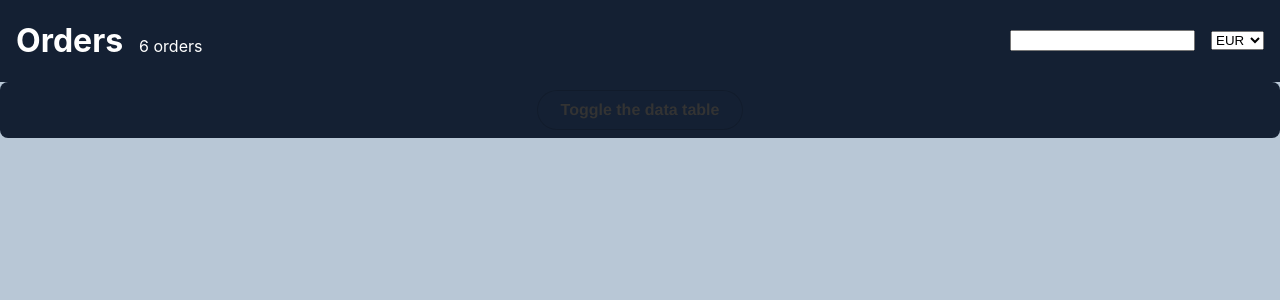
Repository: PreetiToppo/Assignment_Question_1
Page: /
An editor plug-in stored every save of this project. The page is shown before and after the next save, followed by the edit.
The browser window is 1280 px wide. The pictures show the whole page.
The project was rebuilt for these pictures with package versions that can differ from the ones it lists, and the page was loaded fresh each time. Also part of the build but not shown: src/component/list/ListRow.module.css, src/component/list/ListRow.jsx, src/component/list/ListRowCell.module.css, src/component/list/ListRowCell.jsx, src/component/list/ListHeader.jsx, src/component/list/ListHeaderCell.module.css, src/component/list/ListHeaderCell.jsx, src/component/list/List.module.css and 3 more.

Above is the page before, as saved 2023-08-06 13:27:21.

### src/pages/Dashboard.jsx
import { useState } from "react";

// Data
import mockData from "../assets/data.json";
import timestamps from "../assets/timeStamps.json";

// Components
import Dropdown from "../component/dropdown/Dropdown";
import HeaderTitle from "../component/header-title/HeaderTitle";
import Search from "../component/search/Search";
import List from "../component/list/List";
import StoryBookButton from "../stories/Button";

// Styles
import styles from "./Dashboard.module.css";
import Card from "../component/card/Card";

const Dashboard = () => {
  const [currency, setCurrency] = useState("EUR");
  const [searchText, setSearchText] = useState("");
  const [selectedOrder, setSelectedOrder] = useState(null);
  const [selectedOrderDetails, setSelectedOrderDetails] = useState({});
  const [selectedOrderTimeStamps, setSelectedOrderTimeStamps] = useState({});
  const [showPage, setShowPage] = useState(false);

  const mergedData = mockData.results.map((order, index) => {
    const timestampsData = timestamps.results[index]?.timestamps;
    if (timestampsData) {
      return { ...order, timestamps: timestampsData };
    }
    return order;
  });

  const handleClick = (order) => {
    setSelectedOrder(order);
    setSelectedOrderDetails({
      buySellIndicator: order.executionDetails.buySellIndicator,
      orderStatus: order.executionDetails.orderStatus,
      orderType: order.executionDetails.orderType,
    });

    setSelectedOrderTimeStamps({
      orderReceived: order.timestamps.orderReceived,
      orderStatusUpdated: order.timestamps.orderStatusUpdated,
      orderSubmitted: order.timestamps.orderSubmitted,
    });
  };

  const messageComponent = () => {
    setShowPage(!showPage);
  };

  return (
    <div>
      <div className={styles.header}>
        <HeaderTitle
          primaryTitle="Orders"
          secondaryTitle={`${mockData.results.length}
          orders`}
        />
        <div className={styles.actionBox}>
          <Search
            value={searchText}
            onChange={(e) => setSearchText(e.target.value)}
          />
          <Dropdown
            options={[
              "GBP",
              "USD",
              "JPY",
              "EUR",
              "AUD",
              "BGN",
              "BRL",
              "CAD",
              "CHF",
              "CNY",
              "DKK",
              "HKD",
              "HRK",
              "HUF",
              "IDR",
              "ILS",
              "KRW",
              "MXN",
              "MYR",
              "NOL",
              "NZD",
              "PHP",
              "PLN",
              "RON",
              "SEK",
              "SGD",
              "THB",
              "TRY",
              "ZAR",
            ]}
            onChange={(e) => setCurrency(e.target.value)}
            selectedItem={currency}
          />
        </div>
      </div>
      {showPage && (
        <div className={styles.content}>
          <div className={styles.section}>
            {selectedOrder && (
              <>
                <Card
                  cardData={selectedOrderDetails}
                  title="Selected Order Details"
                />
                <Card
                  cardData={selectedOrderTimeStamps}
                  title="Selected Order Timestamps"
                />
              </>
            )}
          </div>
          <List
            rows={mergedData}
            currency={currency}
            search={searchText}
            onItemClick={handleClick}
          />
        </div>
      )}
      <div className={styles.toggleButton}>
        <StoryBookButton
          primary={false}
          size="large"
          label="Toggle the data table"
          onClick={messageComponent}
        />
      </div>
    </div>
  );
};

export default Dashboard;

### src/assets/data.json
{
  "header": {
    "returnedHits": 6,
    "totalHits": 151839,
    "skippedHits": 0,
    "previousSearchBefore": null,
    "nextSearchAfter": "WzE2Njc1NzU1NjAwMDBd",
    "offset": null
  },
  "results": [
    {
      "&hash": "f29403974dbdc9ce054b879d572610359a9f3d2d2531df63df8233a2ea879c78",
      "&id": "SE|20221104|179|9:1:NEWO",
      "&key": "Order:SE|20221104|179|9:1:NEWO:1667901986951",
      "&model": "Order",
      "executionDetails": {
        "buySellIndicator": "BUYI",
        "orderStatus": "NEWO",
        "orderType": "Market"
      },
      "statsDetails": {
        "avgVsArrivalPrice": 0.0,
        "avgArrivalPrice": 0.0,
        "avgVsMktPrice": 0.0,
        "avgMktPrice": 0.0,
        "avgVsBidAskSpread": 0.0,
        "avgBidAskSpread": 0.0,
        "avgVsClosePrice": 0.0,
        "avgClosePrice": 0.0,
        "avgVsInternalTwap": 0.0,
        "avgInternalTwap": 0.0,
        "avgVsInternalVwap": 0.0,
        "avgInternalVwap": 0.0,
        "avgVsMidPrice": 0.0,
        "avgMidPrice": 0.0,
        "avgVsMovingVwap": 0.0,
        "avgMovingVwap": 0.0,
        "avgVsTouchPrice": 0.0,
        "avgTouchPrice": 0.0,
        "avgVsOpenPrice": 0.0,
        "avgOpenPrice": 0.0,
        "avgVsVwap": 0.0,
        "avgVwap": 0.0,
        "avgPrice": 91.369091993762,
        "tradedQuantity": 195875.0,
        "amends": 0,
        "fills": 1,
        "lifeCycle": 1,
        "lastFillTime": 1667575741000
      },
      "bestExecutionData": {
        "orderVolume": {
          "AUD": 27757268.61955961,
          "BGN": 35456642.91433263,
          "BRL": 90068357.36117567,
          "CAD": 24203990.159998715,
          "CHF": 17880604.819718923,
          "CNY": 128523532.2000561,
          "CZK": 442745747.64998025,
          "DKK": 134913994.73574597,
          "EUR": 18128971.732453536,
          "GBP": 15858861.892115705,
          "HKD": 140486840.6463022,
          "HRK": 136607240.69555715,
          "HUF": 7272437010.473736,
          "IDR": 280850585574.541,
          "ILS": 63569239.379848324,
          "INR": 1468809289.7633855,
          "JPY": 2632145405.834929,
          "KRW": 25338863790.45031,
          "MXN": 349183937.43596077,
          "MYR": 84974116.30435622,
          "NOK": 184949956.71731773,
          "NZD": 30400472.698151335,
          "PHP": 1045534057.7540603,
          "PLN": 84888910.13721369,
          "RON": 88637981.49148509,
          "SEK": 196768233.3897042,
          "SGD": 25182954.633551206,
          "THB": 669067830.7579302,
          "TRY": 333292080.815292,
          "USD": 17896920.89427813,
          "ZAR": 322664877.5857278
        }
      },
      "transactionDetails": {
        "buySellIndicator": "BUYI",
        "priceCurrency": "USD",
        "priceNotation": "MONE",
        "quantityCurrency": "USD",
        "quantityNotation": "UNIT",
        "tradingCapacity": "AOTC",
        "ultimateVenue": "XNGS",
        "venue": "XNGS"
      }
    },
    {
      "&hash": "f29403974dbdc9ce054b879d572610359a9f3d2d2531df63df8233a2ea879c78",
      "&id": "SE|20221104|180|9:1:NEWO",
      "&key": "Order:SE|20221104|180|9:1:NEWO:1667901986951",
      "&model": "Order",
      "executionDetails": {
        "buySellIndicator": "BUYI",
        "orderStatus": "NEWO",
        "orderType": "Market"
      },
      "statsDetails": {
        "avgVsArrivalPrice": 0.0,
        "avgArrivalPrice": 0.0,
        "avgVsMktPrice": 0.0,
        "avgMktPrice": 0.0,
        "avgVsBidAskSpread": 0.0,
        "avgBidAskSpread": 0.0,
        "avgVsClosePrice": 0.0,
        "avgClosePrice": 0.0,
        "avgVsInternalTwap": 0.0,
        "avgInternalTwap": 0.0,
        "avgVsInternalVwap": 0.0,
        "avgInternalVwap": 0.0,
        "avgVsMidPrice": 0.0,
        "avgMidPrice": 0.0,
        "avgVsMovingVwap": 0.0,
        "avgMovingVwap": 0.0,
        "avgVsTouchPrice": 0.0,
        "avgTouchPrice": 0.0,
        "avgVsOpenPrice": 0.0,
        "avgOpenPrice": 0.0,
        "avgVsVwap": 0.0,
        "avgVwap": 0.0,
        "avgPrice": 91.369091993762,
        "tradedQuantity": 195875.0,
        "amends": 0,
        "fills": 1,
        "lifeCycle": 1,
        "lastFillTime": 1667575741000
      },
      "bestExecutionData": {
        "orderVolume": {
          "AUD": 27757268.61955961,
          "BGN": 35456642.91433263,
          "BRL": 90068357.36117567,
          "CAD": 24203990.159998715,
          "CHF": 17880604.819718923,
          "CNY": 128523532.2000561,
          "CZK": 442745747.64998025,
          "DKK": 134913994.73574597,
          "EUR": 18128971.732453536,
          "GBP": 15858861.892115705,
          "HKD": 140486840.6463022,
          "HRK": 136607240.69555715,
          "HUF": 7272437010.473736,
          "IDR": 280850585574.541,
          "ILS": 63569239.379848324,
          "INR": 1468809289.7633855,
          "JPY": 2632145405.834929,
          "KRW": 25338863790.45031,
          "MXN": 349183937.43596077,
          "MYR": 84974116.30435622,
          "NOK": 184949956.71731773,
          "NZD": 30400472.698151335,
          "PHP": 1045534057.7540603,
          "PLN": 84888910.13721369,
          "RON": 88637981.49148509,
          "SEK": 196768233.3897042,
          "SGD": 25182954.633551206,
          "THB": 669067830.7579302,
          "TRY": 333292080.815292,
          "USD": 17896920.89427813,
          "ZAR": 322664877.5857278
        }
      },
      "transactionDetails": {
        "buySellIndicator": "BUYI",
        "priceCurrency": "USD",
        "priceNotation": "MONE",
        "quantityCurrency": "USD",
        "quantityNotation": "UNIT",
        "tradingCapacity": "AOTC",
        "ultimateVenue": "XNGS",
        "venue": "XNGS"
      }
    },
    {
      "&hash": "f29403974dbdc9ce054b879d572610359a9f3d2d2531df63df8233a2ea879c78",
      "&id": "SE|20221104|181|9:1:NEWO",
      "&key": "Order:SE|20221104|181|9:1:NEWO:1667901986951",
      "&model": "Order",
      "executionDetails": {
        "buySellIndicator": "BUYI",
        "orderStatus": "NEWO",
        "orderType": "Market"
      },
      "statsDetails": {
        "avgVsArrivalPrice": 0.0,
        "avgArrivalPrice": 0.0,
        "avgVsMktPrice": 0.0,
        "avgMktPrice": 0.0,
        "avgVsBidAskSpread": 0.0,
        "avgBidAskSpread": 0.0,
        "avgVsClosePrice": 0.0,
        "avgClosePrice": 0.0,
        "avgVsInternalTwap": 0.0,
        "avgInternalTwap": 0.0,
        "avgVsInternalVwap": 0.0,
        "avgInternalVwap": 0.0,
        "avgVsMidPrice": 0.0,
        "avgMidPrice": 0.0,
        "avgVsMovingVwap": 0.0,
        "avgMovingVwap": 0.0,
        "avgVsTouchPrice": 0.0,
        "avgTouchPrice": 0.0,
        "avgVsOpenPrice": 0.0,
        "avgOpenPrice": 0.0,
        "avgVsVwap": 0.0,
        "avgVwap": 0.0,
        "avgPrice": 91.369091993762,
        "tradedQuantity": 195875.0,
        "amends": 0,
        "fills": 1,
        "lifeCycle": 1,
        "lastFillTime": 1667575741000
      },
      "bestExecutionData": {
        "orderVolume": {
          "AUD": 27757268.61955961,
          "BGN": 35456642.91433263,
          "BRL": 90068357.36117567,
          "CAD": 24203990.159998715,
          "CHF": 17880604.819718923,
          "CNY": 128523532.2000561,
          "CZK": 442745747.64998025,
          "DKK": 134913994.73574597,
          "EUR": 18128971.732453536,
          "GBP": 15858861.892115705,
          "HKD": 140486840.6463022,
          "HRK": 136607240.69555715,
          "HUF": 7272437010.473736,
          "IDR": 280850585574.541,
          "ILS": 63569239.379848324,
          "INR": 1468809289.7633855,
          "JPY": 2632145405.834929,
          "KRW": 25338863790.45031,
          "MXN": 349183937.43596077,
          "MYR": 84974116.30435622,
          "NOK": 184949956.71731773,
          "NZD": 30400472.698151335,
          "PHP": 1045534057.7540603,
          "PLN": 84888910.13721369,
          "RON": 88637981.49148509,
          "SEK": 196768233.3897042,
          "SGD": 25182954.633551206,
          "THB": 669067830.7579302,
          "TRY": 333292080.815292,
          "USD": 17896920.89427813,
          "ZAR": 322664877.5857278
        }
      },
      "transactionDetails": {
        "buySellIndicator": "BUYI",
        "priceCurrency": "USD",
        "priceNotation": "MONE",
        "quantityCurrency": "USD",
        "quantityNotation": "UNIT",
        "tradingCapacity": "AOTC",
        "ultimateVenue": "XNGS",
        "venue": "XNGS"
      }
    },
    {
      "&hash": "f29403974dbdc9ce054b879d572610359a9f3d2d2531df63df8233a2ea879c78",
      "&id": "SE|20221104|182|9:1:NEWO",
      "&key": "Order:SE|20221104|182|9:1:NEWO:1667901986951",
      "&model": "Order",
      "executionDetails": {
        "buySellIndicator": "BUYI",
        "orderStatus": "NEWO",
        "orderType": "Market"
      },
      "statsDetails": {
        "avgVsArrivalPrice": 0.0,
        "avgArrivalPrice": 0.0,
        "avgVsMktPrice": 0.0,
        "avgMktPrice": 0.0,
        "avgVsBidAskSpread": 0.0,
        "avgBidAskSpread": 0.0,
        "avgVsClosePrice": 0.0,
        "avgClosePrice": 0.0,
        "avgVsInternalTwap": 0.0,
        "avgInternalTwap": 0.0,
        "avgVsInternalVwap": 0.0,
        "avgInternalVwap": 0.0,
        "avgVsMidPrice": 0.0,
        "avgMidPrice": 0.0,
        "avgVsMovingVwap": 0.0,
        "avgMovingVwap": 0.0,
        "avgVsTouchPrice": 0.0,
        "avgTouchPrice": 0.0,
        "avgVsOpenPrice": 0.0,
        "avgOpenPrice": 0.0,
        "avgVsVwap": 0.0,
        "avgVwap": 0.0,
        "avgPrice": 91.369091993762,
        "tradedQuantity": 195875.0,
        "amends": 0,
        "fills": 1,
        "lifeCycle": 1,
        "lastFillTime": 1667575741000
      },
      "bestExecutionData": {
        "orderVolume": {
          "AUD": 27757268.61955961,
          "BGN": 35456642.91433263,
          "BRL": 90068357.36117567,
          "CAD": 24203990.159998715,
          "CHF": 17880604.819718923,
          "CNY": 128523532.2000561,
          "CZK": 442745747.64998025,
          "DKK": 134913994.73574597,
          "EUR": 18128971.732453536,
          "GBP": 15858861.892115705,
          "HKD": 140486840.6463022,
          "HRK": 136607240.69555715,
          "HUF": 7272437010.473736,
          "IDR": 280850585574.541,
          "ILS": 63569239.379848324,
          "INR": 1468809289.7633855,
          "JPY": 2632145405.834929,
          "KRW": 25338863790.45031,
          "MXN": 349183937.43596077,
          "MYR": 84974116.30435622,
          "NOK": 184949956.71731773,
          "NZD": 30400472.698151335,
          "PHP": 1045534057.7540603,
          "PLN": 84888910.13721369,
          "RON": 88637981.49148509,
          "SEK": 196768233.3897042,
          "SGD": 25182954.633551206,
          "THB": 669067830.7579302,
          "TRY": 333292080.815292,
          "USD": 17896920.89427813,
          "ZAR": 322664877.5857278
        }
      },
      "transactionDetails": {
        "buySellIndicator": "BUYI",
        "priceCurrency": "USD",
        "priceNotation": "MONE",
        "quantityCurrency": "USD",
        "quantityNotation": "UNIT",
        "tradingCapacity": "AOTC",
        "ultimateVenue": "XNGS",
        "venue": "XNGS"
      }
    },
    {
      "&hash": "f29403974dbdc9ce054b879d572610359a9f3d2d2531df63df8233a2ea879c78",
      "&id": "SE|20221104|183|9:1:NEWO",
      "&key": "Order:SE|20221104|183|9:1:NEWO:1667901986951",
      "&model": "Order",
      "executionDetails": {
        "buySellIndicator": "BUYI",
        "orderStatus": "NEWO",
        "orderType": "Market"
      },
      "statsDetails": {
        "avgVsArrivalPrice": 0.0,
        "avgArrivalPrice": 0.0,
        "avgVsMktPrice": 0.0,
        "avgMktPrice": 0.0,
        "avgVsBidAskSpread": 0.0,
        "avgBidAskSpread": 0.0,
        "avgVsClosePrice": 0.0,
        "avgClosePrice": 0.0,
        "avgVsInternalTwap": 0.0,
        "avgInternalTwap": 0.0,
        "avgVsInternalVwap": 0.0,
        "avgInternalVwap": 0.0,
        "avgVsMidPrice": 0.0,
        "avgMidPrice": 0.0,
        "avgVsMovingVwap": 0.0,
        "avgMovingVwap": 0.0,
        "avgVsTouchPrice": 0.0,
        "avgTouchPrice": 0.0,
        "avgVsOpenPrice": 0.0,
        "avgOpenPrice": 0.0,
        "avgVsVwap": 0.0,
        "avgVwap": 0.0,
        "avgPrice": 91.369091993762,
        "tradedQuantity": 195875.0,
        "amends": 0,
        "fills": 1,
        "lifeCycle": 1,
        "lastFillTime": 1667575741000
      },
      "bestExecutionData": {
        "orderVolume": {
          "AUD": 27757268.61955961,
          "BGN": 35456642.91433263,
          "BRL": 90068357.36117567,
          "CAD": 24203990.159998715,
          "CHF": 17880604.819718923,
          "CNY": 128523532.2000561,
          "CZK": 442745747.64998025,
          "DKK": 134913994.73574597,
          "EUR": 18128971.732453536,
          "GBP": 15858861.892115705,
          "HKD": 140486840.6463022,
          "HRK": 136607240.69555715,
          "HUF": 7272437010.473736,
          "IDR": 280850585574.541,
          "ILS": 63569239.379848324,
          "INR": 1468809289.7633855,
          "JPY": 2632145405.834929,
          "KRW": 25338863790.45031,
          "MXN": 349183937.43596077,
          "MYR": 84974116.30435622,
          "NOK": 184949956.71731773,
          "NZD": 30400472.698151335,
          "PHP": 1045534057.7540603,
          "PLN": 84888910.13721369,
          "RON": 88637981.49148509,
          "SEK": 196768233.3897042,
          "SGD": 25182954.633551206,
          "THB": 669067830.7579302,
          "TRY": 333292080.815292,
          "USD": 17896920.89427813,
          "ZAR": 322664877.5857278
        }
      },
      "transactionDetails": {
        "buySellIndicator": "BUYI",
        "priceCurrency": "USD",
        "priceNotation": "MONE",
        "quantityCurrency": "USD",
        "quantityNotation": "UNIT",
        "tradingCapacity": "AOTC",
        "ultimateVenue": "XNGS",
        "venue": "XNGS"
      }
    },
    {
      "&hash": "f29403974dbdc9ce054b879d572610359a9f3d2d2531df63df8233a2ea879c78",
      "&id": "SE|202211454|184|9:1:NEWO",
      "&key": "Order:SE|20221104|184|9:1:NEWO:1667901986951",
      "&model": "Order",
      "executionDetails": {
        "buySellIndicator": "SELL",
        "orderStatus": "NEWO",
        "orderType": "Market"
      },
      "statsDetails": {
        "avgVsArrivalPrice": 0.0,
        "avgArrivalPrice": 0.0,
        "avgVsMktPrice": 0.0,
        "avgMktPrice": 0.0,
        "avgVsBidAskSpread": 0.0,
        "avgBidAskSpread": 0.0,
        "avgVsClosePrice": 0.0,
        "avgClosePrice": 0.0,
        "avgVsInternalTwap": 0.0,
        "avgInternalTwap": 0.0,
        "avgVsInternalVwap": 0.0,
        "avgInternalVwap": 0.0,
        "avgVsMidPrice": 0.0,
        "avgMidPrice": 0.0,
        "avgVsMovingVwap": 0.0,
        "avgMovingVwap": 0.0,
        "avgVsTouchPrice": 0.0,
        "avgTouchPrice": 0.0,
        "avgVsOpenPrice": 0.0,
        "avgOpenPrice": 0.0,
        "avgVsVwap": 0.0,
        "avgVwap": 0.0,
        "avgPrice": 91.369091993762,
        "tradedQuantity": 195875.0,
        "amends": 0,
        "fills": 1,
        "lifeCycle": 1,
        "lastFillTime": 1667575741000
      },
      "bestExecutionData": {
        "orderVolume": {
          "AUD": 27757268.61955961,
          "BGN": 35456642.91433263,
          "BRL": 90068357.36117567,
          "CAD": 24203990.159998715,
          "CHF": 17880604.819718923,
          "CNY": 128523532.2000561,
          "CZK": 442745747.64998025,
          "DKK": 134913994.73574597,
          "EUR": 18128971.732453536,
          "GBP": 15858861.892115705,
          "HKD": 140486840.6463022,
          "HRK": 136607240.69555715,
          "HUF": 7272437010.473736,
          "IDR": 280850585574.541,
          "ILS": 63569239.379848324,
          "INR": 1468809289.7633855,
          "JPY": 2632145405.834929,
          "KRW": 25338863790.45031,
          "MXN": 349183937.43596077,
          "MYR": 84974116.30435622,
          "NOK": 184949956.71731773,
          "NZD": 30400472.698151335,
          "PHP": 1045534057.7540603,
          "PLN": 84888910.13721369,
          "RON": 88637981.49148509,
          "SEK": 196768233.3897042,
          "SGD": 25182954.633551206,
          "THB": 669067830.7579302,
          "TRY": 333292080.815292,
          "USD": 17896920.89427813,
          "ZAR": 322664877.5857278
        }
      },
      "transactionDetails": {
        "buySellIndicator": "BUYI",
        "priceCurrency": "USD",
        "priceNotation": "MONE",
        "quantityCurrency": "USD",
        "quantityNotation": "UNIT",
        "tradingCapacity": "AOTC",
        "ultimateVenue": "XNGS",
        "venue": "XNGS"
      }
    }
  ]
}

### src/assets/timeStamps.json
{
  "results": [
    {
      "&id": "SE|20221104|179|9:1:NEWO",
      "timestamps": {
        "orderReceived": "2022-11-04T15:29:00Z",
        "orderStatusUpdated": "2022-11-04T15:29:00Z",
        "orderSubmitted": "2022-11-04T15:29:00Z"
      }
    },
    {
      "&id": "SE|20221104|180|9:1:NEWO",
      "timestamps": {
        "orderReceived": "2022-11-04T15:29:00Z",
        "orderStatusUpdated": "2022-11-04T15:29:00Z",
        "orderSubmitted": "2022-11-04T15:29:00Z"
      }
    },
    {
      "&id": "SE|20221104|181|9:1:NEWO",
      "timestamps": {
        "orderReceived": "2022-11-04T15:29:00Z",
        "orderStatusUpdated": "2022-11-04T15:29:00Z",
        "orderSubmitted": "2022-11-04T15:29:00Z"
      }
    },
    {
      "&id": "SE|20221104|182|9:1:NEWO",
      "timestamps": {
        "orderReceived": "2022-11-04T15:29:00Z",
        "orderStatusUpdated": "2022-11-04T15:29:00Z",
        "orderSubmitted": "2022-11-04T15:29:00Z"
      }
    },
    {
      "&id": "SE|20221104|183|9:1:NEWO",
      "timestamps": {
        "orderReceived": "2022-11-04T15:29:00Z",
        "orderStatusUpdated": "2022-11-04T15:29:00Z",
        "orderSubmitted": "2022-11-04T15:29:00Z"
      }
    },
    {
      "&id": "SE|202211454|184|9:1:NEWO",
      "timestamps": {
        "orderReceived": "2022-11-04T15:29:00Z",
        "orderStatusUpdated": "2022-11-04T15:29:00Z",
        "orderSubmitted": "2022-11-04T15:29:00Z"
      }
    }
  ]
}

### src/component/dropdown/Dropdown.jsx
const Dropdown = ({ options, onChange, selectedItem }) => {
  return (
    <select
      name="currency"
      id="currency"
      value={selectedItem}
      onChange={onChange}
    >
      {options.map((option) => (
        <option value={option} key={option}>
          {option}
        </option>
      ))}
    </select>
  );
};

export default Dropdown;

### src/component/search/Search.jsx
const Search = ({ searchText, onChange }) => {
  return <input type="text" value={searchText} onChange={onChange} />
}

export default Search

### src/stories/Button.jsx
import React from "react";
import PropTypes from "prop-types";
import "./button.css";

/**
 * Primary UI component for user interaction
 */
export const Button = ({ primary, backgroundColor, size, label, ...props }) => {
  const mode = primary
    ? "storybook-button--primary"
    : "storybook-button--secondary";
  return (
    <button
      type="button"
      className={["storybook-button", `storybook-button--${size}`, mode].join(
        " "
      )}
      style={backgroundColor && { backgroundColor }}
      {...props}
    >
      {label}
    </button>
  );
};

Button.propTypes = {
  /**
   * Is this the principal call to action on the page?
   */
  primary: PropTypes.bool,
  /**
   * What background color to use
   */
  backgroundColor: PropTypes.string,
  /**
   * How large should the button be?
   */
  size: PropTypes.oneOf(["small", "medium", "large"]),
  /**
   * Button contents
   */
  label: PropTypes.string.isRequired,
  /**
   * Optional click handler
   */
  onClick: PropTypes.func,
};

Button.defaultProps = {
  backgroundColor: null,
  primary: false,
  size: "medium",
  onClick: undefined,
};

export default Button;

### src/pages/Dashboard.module.css
.header {
  display: flex;
  padding: 0 1em;
  background-color: #142033;
  color: white;
  justify-content: space-between;
}

.actionBox {
  display: flex;
  justify-content: center;
  align-items: center;
  gap: 1em;
}

.content {
  display: flex;
  flex-direction: column;
  background-color: rgb(184, 199, 214);
  gap: 1em;
  margin: 1em;
}

.section {
  display: flex;
  flex-direction: row;
  gap: 1em;
}

.toggleButton {
  display: flex;
  justify-content: center;
  align-items: center;
  padding: 0.5em;
  background-color: #142033;
  color: white;
  border-radius: 0.5em;
}

Loaded but not shown: public/index.html (common file); src/index.js (common file); src/App.js (common file); src/reportWebVitals.js (common file); src/index.css (common file); src/component/header-title/HeaderTitle.jsx (common file); src/component/header-title/HeaderTitle.module.css (common file); src/stories/button.css (common file)

After the next save:
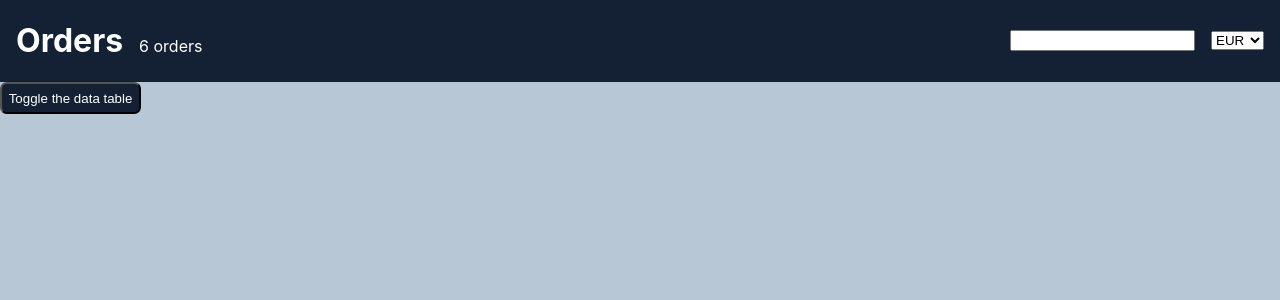
Saved 18 s later.
--- a/src/pages/Dashboard.jsx
+++ b/src/pages/Dashboard.jsx
@@ -124,8 +124,9 @@ const Dashboard = () => {
           />
         </div>
       )}
-      <div className={styles.toggleButton}>
+      <div>
         <StoryBookButton
+          className={styles.toggleButton}
           primary={false}
           size="large"
           label="Toggle the data table"
